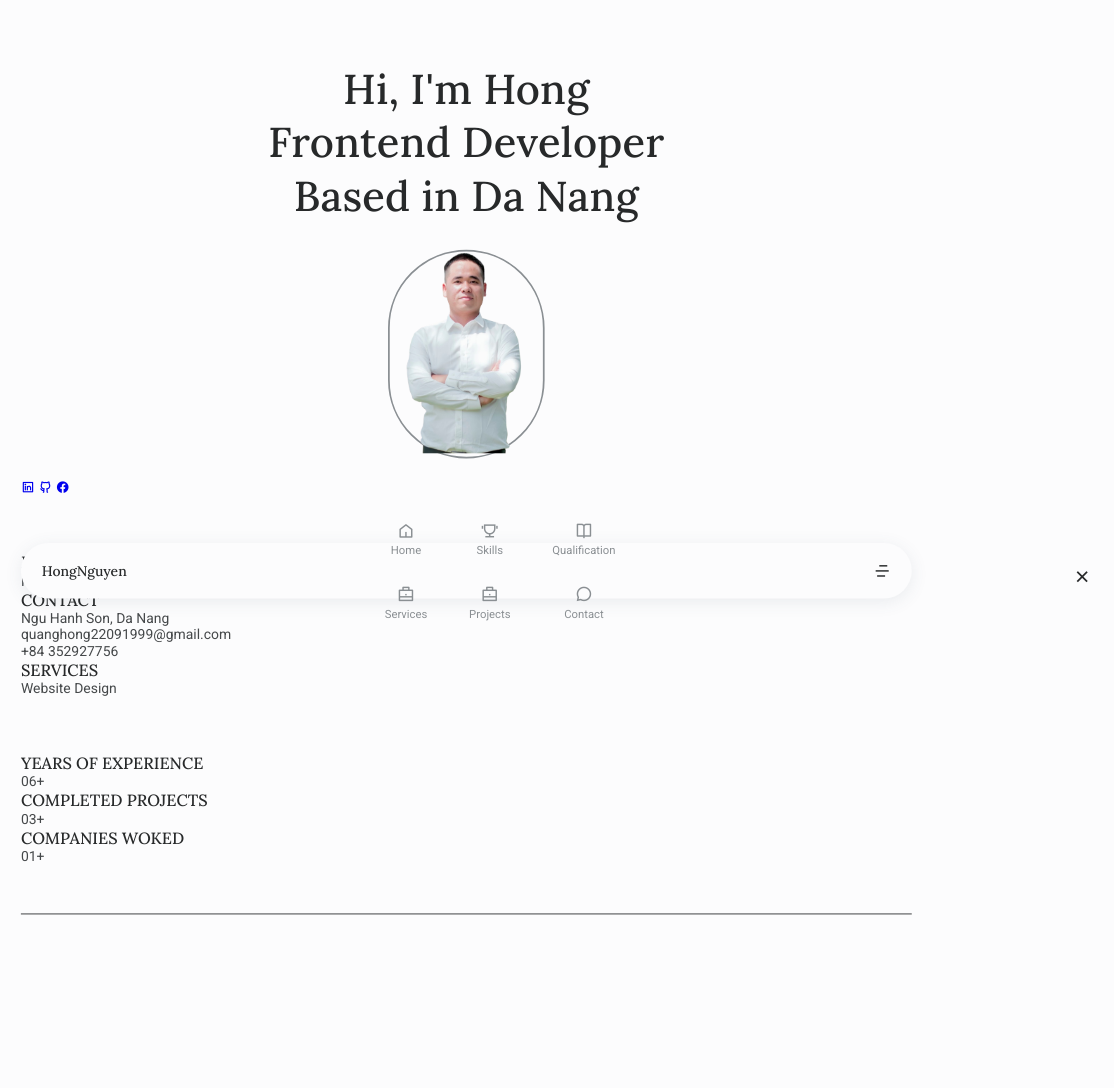
Repository: hnguyeng/myportfoliohongnguyen
Page: index.html
An editor plug-in stored every save of this project. The page is shown before and after the next save, followed by the edit.
The browser window is 1280 px wide. The pictures show the whole page, at 87% of full size.
Some web libraries are served in a nearby version.

Above is the page before, as saved 2023-07-17 13:42:46.

After the next save:
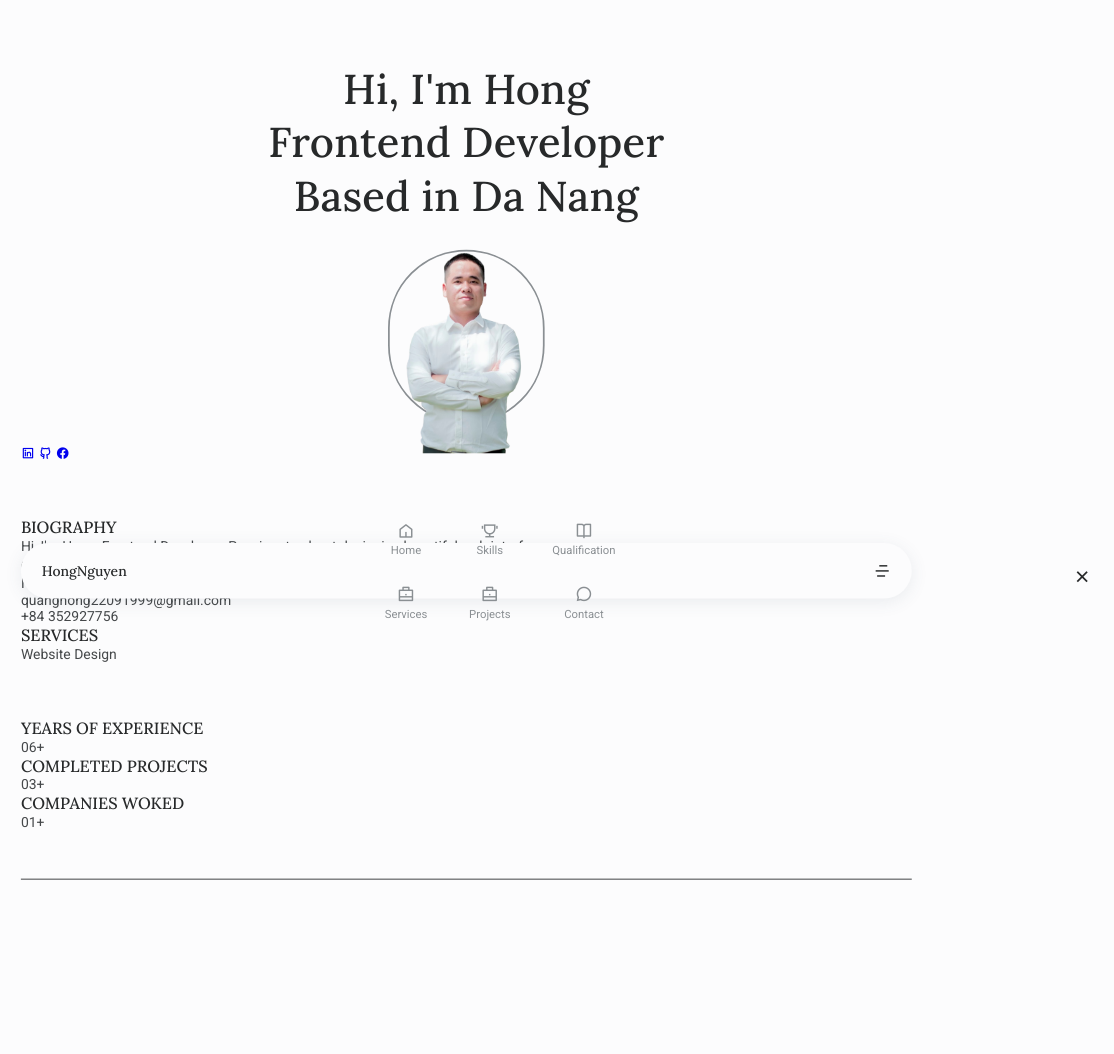
Saved 9 s later.
--- a/assets/css/style.css
+++ b/assets/css/style.css
@@ -206,7 +206,7 @@ img{
 .home__blob{
     position: relative;
     width: 180px;
-    height: 240px;
+    height: 200px;
     background-color: var(--body-color);
     border: 2px solid var(--text-color-light);
     justify-self: center;
